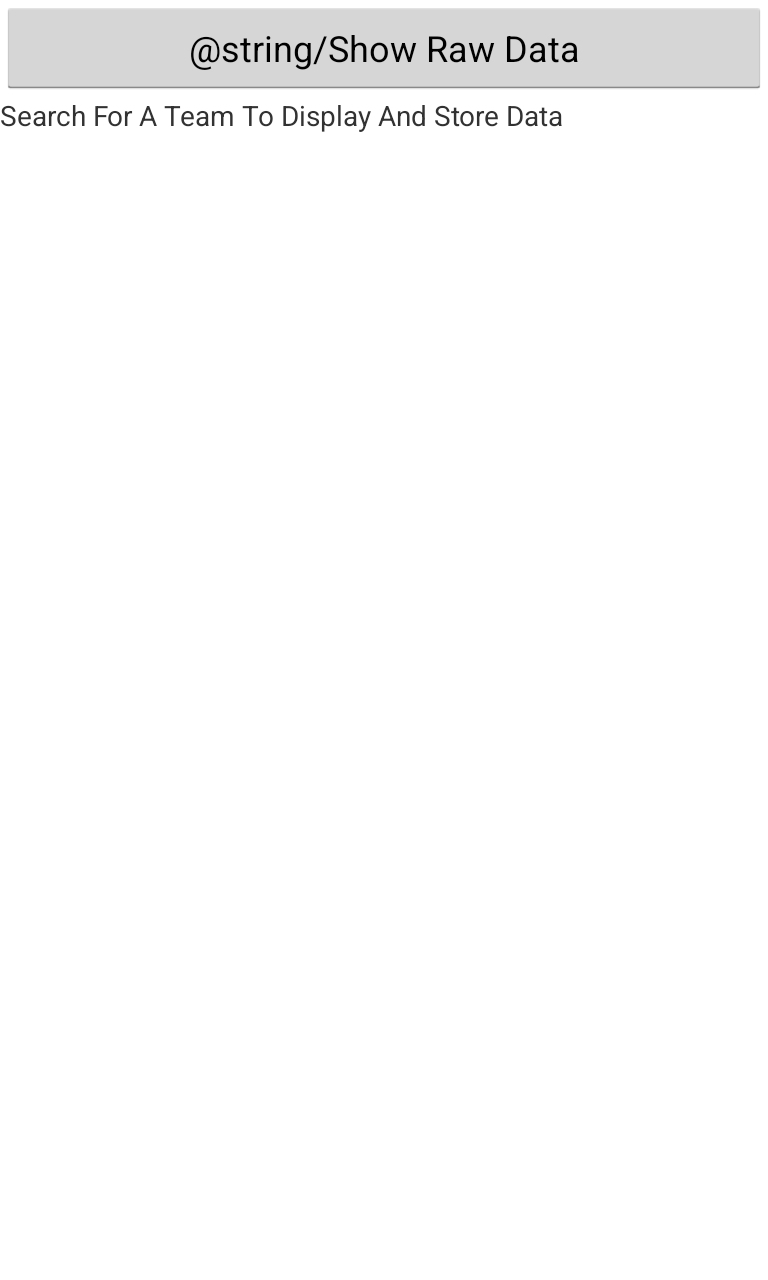
Repository: jemcphe/java1
Layout: teamG.M./TeamGM/res/layout/applayout.xml
The author's editor kept a copy of each file at every save. The layout is drawn from the files as they stood at one save, then again after the next save.
It is drawn on a 768 x 1280 px phone screen (xhdpi) without system bars, with theme AppTheme; the app's code is not run.

Above is the layout before, as saved 2013-05-26 20:48:44.

After the next save:
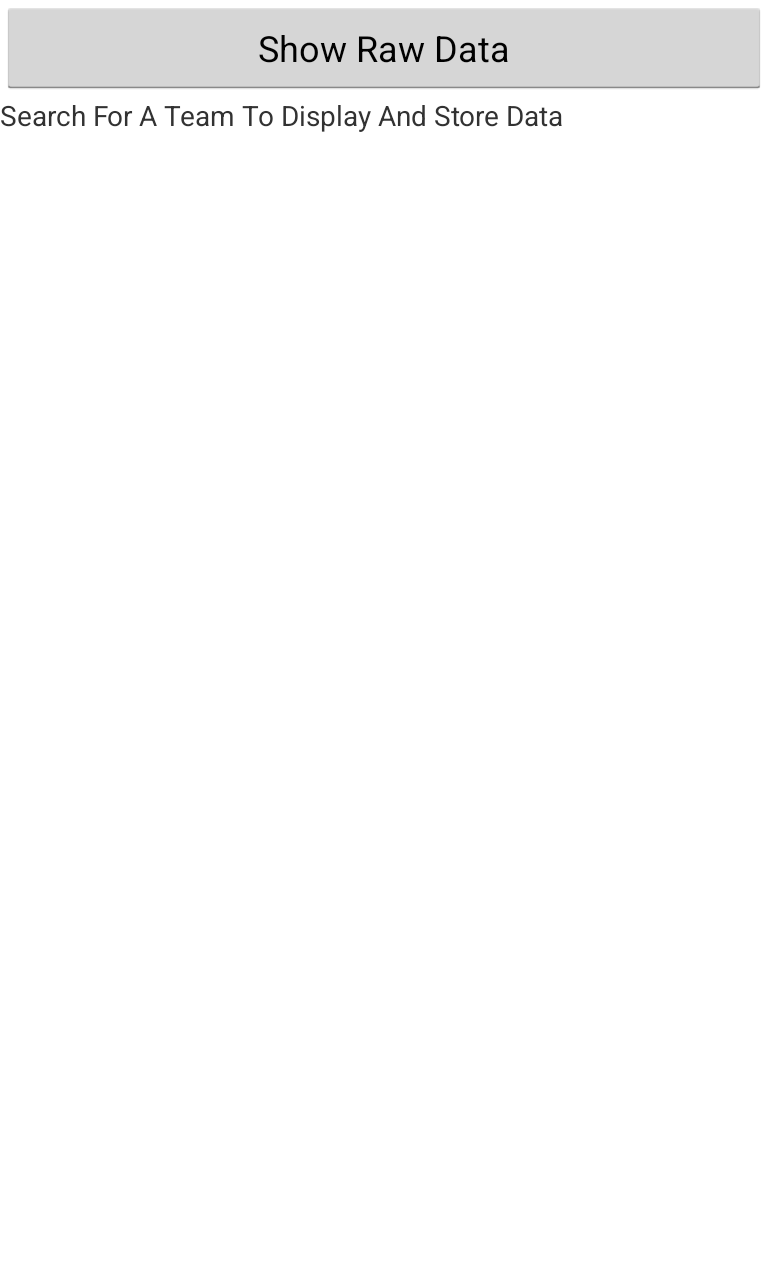
Saved 67 s later.
--- a/teamG.M./TeamGM/res/layout/applayout.xml
+++ b/teamG.M./TeamGM/res/layout/applayout.xml
@@ -7,7 +7,7 @@
     	    android:id="@+id/dataButton"
     	    android:layout_width="match_parent"
     	    android:layout_height="wrap_content"
-    	    android:text="@string/Show Raw Data"/>
+    	    android:text="Show Raw Data"/>
 
     	<TextView
     	    android:id="@+id/searchLabel"
